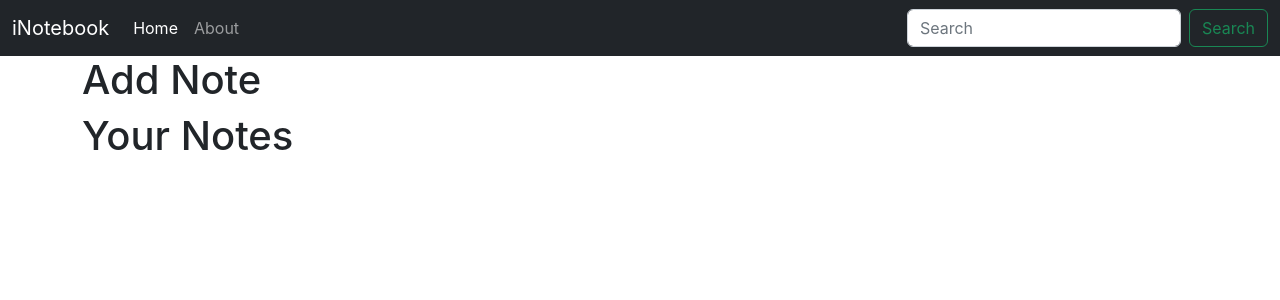
Repository: SatishPatil108/iNotebook-React
Page: /
These files come from the project's save history. The page is drawn as it stood at one moment and after the next save; the edit follows.
The browser window is 1280 px wide. The pictures show the whole page.
The project was rebuilt for these pictures with package versions that can differ from the ones it lists, and the page was loaded fresh each time. Also part of the build but not shown: src/App.css, src/components/About.js.

Above is the page before, as saved 2022-07-23 17:34:14.

### public/index.html
<!DOCTYPE html>
<html lang="en">

<head>
  <meta charset="utf-8" />
  <link rel="icon" href="%PUBLIC_URL%/favicon.ico" />
  <meta name="viewport" content="width=device-width, initial-scale=1" />
  <meta name="theme-color" content="#000000" />
  <meta name="description" content="Web site created using create-react-app" />
  <link rel="apple-touch-icon" href="%PUBLIC_URL%/logo192.png" />

  <link rel="manifest" href="%PUBLIC_URL%/manifest.json" />
  <link href="https://cdn.jsdelivr.net/npm/bootstrap@5.2.0/dist/css/bootstrap.min.css" rel="stylesheet"
    integrity="sha384-gH2yIJqKdNHPEq0n4Mqa/HGKIhSkIHeL5AyhkYV8i59U5AR6csBvApHHNl/vI1Bx" crossorigin="anonymous">

  <title>iNotebook - Your Notes Secured in the Cloud</title>
</head>

<body>
  <noscript>You need to enable JavaScript to run this app.</noscript>
  <div id="root"></div>
  <script src="https://cdn.jsdelivr.net/npm/@popperjs/core@2.11.5/dist/umd/popper.min.js"
    integrity="sha384-Xe+8cL9oJa6tN/veChSP7q+mnSPaj5Bcu9mPX5F5xIGE0DVittaqT5lorf0EI7Vk"
    crossorigin="anonymous"></script>
  <script src="https://cdn.jsdelivr.net/npm/bootstrap@5.2.0/dist/js/bootstrap.min.js"
    integrity="sha384-ODmDIVzN+pFdexxHEHFBQH3/9/vQ9uori45z4JjnFsRydbmQbmL5t1tQ0culUzyK"
    crossorigin="anonymous"></script>

</body>

</html>

### src/App.js
import './App.css';
import {
  BrowserRouter as Router,
  Routes,
  Route
} from "react-router-dom";
import Navbar from './components/Navbar';
import Home from './components/Home';
import About from './components/About';
import NoteState from './context/notes/NoteState';

function App() {
  return (
    <>
      <NoteState>
        <Router>
          <Navbar />
          <div className="container">
            <Routes>
              <Route exact path="/" element={<Home />}></Route>
              <Route exact path="/about" element={<About />}></Route>
            </Routes>
          </div>
        </Router>
      </NoteState>
    </>
  );
}

export default App;

### src/components/Navbar.js
import React, { useEffect } from 'react'
import { Link, useLocation } from "react-router-dom";

const Navbar = () => {

    let location = useLocation();
    useEffect(() => {
        console.log(location.pathname);
    }, [location]);
    return (
        <div>
            <nav className="navbar navbar-expand-lg navbar-dark  bg-dark">
                <div className="container-fluid">
                    <Link className="navbar-brand" to="/">iNotebook</Link>
                    <button className="navbar-toggler" type="button" data-bs-toggle="collapse" data-bs-target="#navbarSupportedContent" aria-controls="navbarSupportedContent" aria-expanded="false" aria-label="Toggle navigation">
                        <span className="navbar-toggler-icon"></span>
                    </button>
                    <div className="collapse navbar-collapse" id="navbarSupportedContent">
                        <ul className="navbar-nav me-auto mb-2 mb-lg-0">
                            <li className="nav-item">
                                <Link className={`nav-link ${location.pathname === "/" ? "active" : ""}`} aria-current="page" to="/">Home</Link>
                            </li>
                            <li className="nav-item">
                                <Link className={`nav-link ${location.pathname === "/about" ? "active" : ""}`} to="/about">About</Link>
                            </li>
                        </ul>
                        <form className="d-flex" role="search">
                            <input className="form-control me-2" type="search" placeholder="Search" aria-label="Search" />
                            <button className="btn btn-outline-success" type="submit">Search</button>
                        </form>
                    </div>
                </div>
            </nav>
        </div>
    )
}

export default Navbar

### src/components/Home.js
import React from 'react'

const Home = () => {
    return (
        <div>
            <h1>Add Note</h1>
            <h1>Your Notes</h1>
        </div>
    )
}

export default Home

### src/context/notes/NoteState.js
import NoteContext from "./noteContext";
const NoteState = (props) => {



    return (
        <NoteContext.Provider value={{}}>
            {props.children}
        </NoteContext.Provider>
    )
}

export default NoteState;

Loaded but not shown: src/index.js (common file); src/index.css (common file); src/context/notes/noteContext.js (common file)

After the next save:
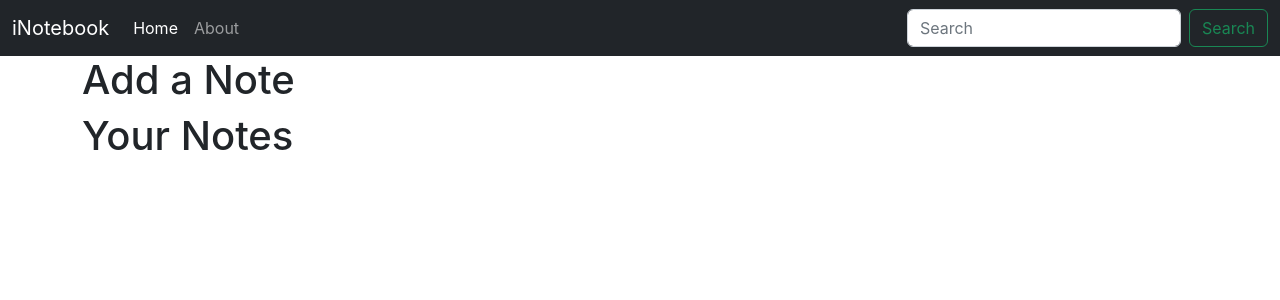
Saved 13 s later.
--- a/src/components/Home.js
+++ b/src/components/Home.js
@@ -3,7 +3,7 @@
 const Home = () => {
     return (
         <div>
-            <h1>Add Note</h1>
+            <h1>Add a Note</h1>
             <h1>Your Notes</h1>
         </div>
     )
